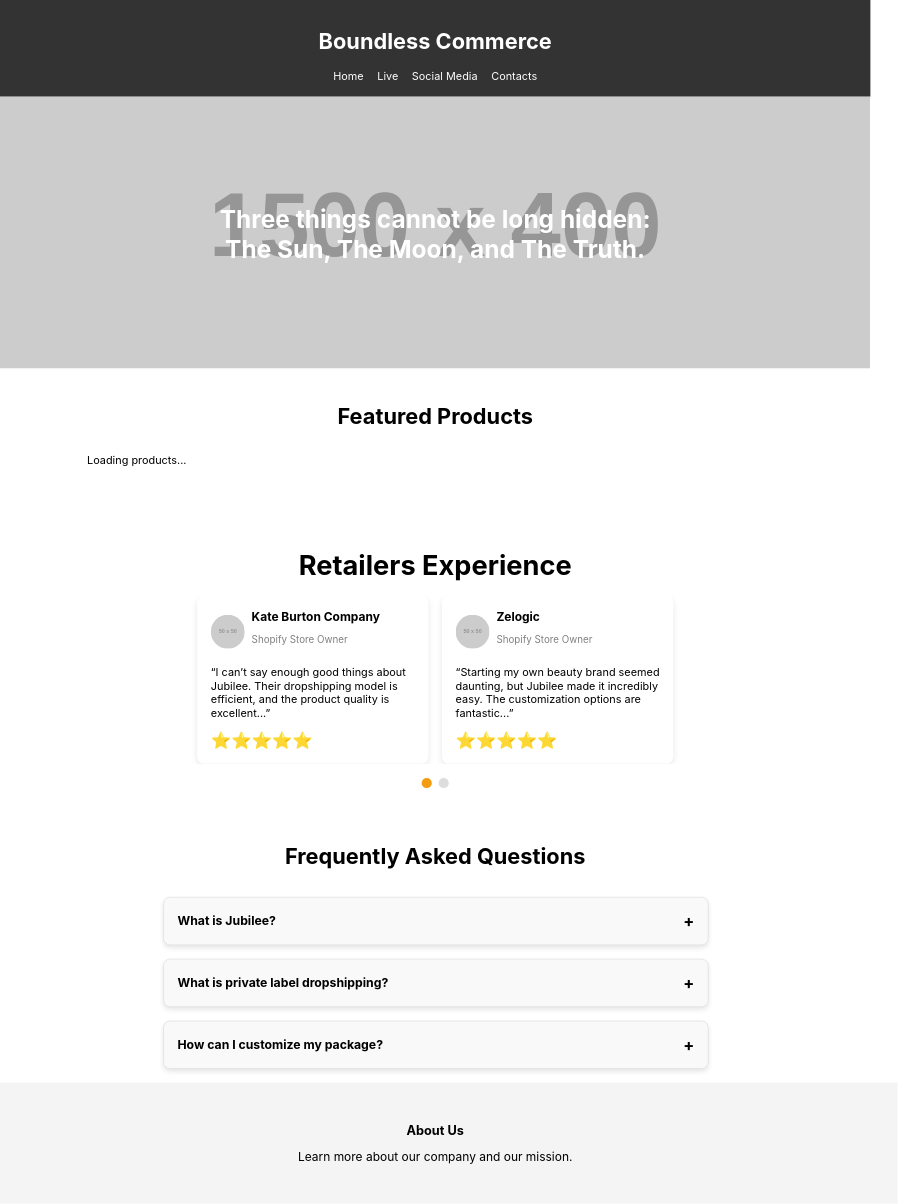
Repository: Nn-Exe/chunar-ecommerce
Page: / (app in ecommerce-frontend/)
The author's editor kept a copy of each file at every save. The page is drawn from the files as they stood at one save, then again after the next save.
The browser window is 1280 px wide. The page is 1320 px wide, so the pictures cover 1320 px, including what lies to the right of the window. The pictures show the whole page, at 68% of full size.
The page's requests for data from a server got no answer. The project was rebuilt for these pictures with package versions that can differ from the ones it lists, and the page was loaded fresh each time. No one was signed in, and anything a server would have sent is missing.

Above is the page before, as saved 2024-09-11 15:27:30.

### ecommerce-frontend/src/App.js
import React, { useState, useEffect } from 'react';
import './App.css';
import { BrowserRouter as Router, Route, Routes } from 'react-router-dom';  // Importing React Router
import Navbar from './components/Navbar';  // Correct way to import default export
import HeroSection from './components/HeroSection';  // Correct way to import default export
import ProductList from './components/ProductList';  // Correct way to import default export
import Faq from './components/Faq';  // Import the Faq component from the components folder
import TestimonialCarousel from './components/TestimonialCarousel';


// Home page component (the default view)
function Home({ products }) {
  return (
    <div className="home-page">
      {/* Hero Section */}
      <div className="hero-container">
        <HeroSection />
      </div>

      {/* Featured Products Section */}
      <section className="products-section">
        <div className="section-header">
          <h2>Featured Products</h2>
        </div>

        <div className="product-grid">
          <ProductList products={products} />
        </div>
      </section>

      <br />

      {/* FAQ Section */}

      <TestimonialCarousel />
      <Faq />  {/* Using the imported Faq component */}

      {/* Add more sections here */}

      <br />

      <section className="about-section">
        <div className="about-content">
          <h3>About Us</h3>
          <p>Learn more about our company and our mission.</p>
        </div>
      </section>
    </div>
  );
}

// Other page components
function Live() {
  return <h2>Live Page</h2>;
}

function Contacts() {
  return <h2>Contacts Page</h2>;
}

function SocialMedia() {
  // External link can be opened using an anchor tag, so no need for a separate page.
  window.location.href = "https://linktr.ee/chunar.co";  // Redirect to external social media page
  return null;
}

function App() {
  const [products, setProducts] = useState([]);

  useEffect(() => {
    fetch('http://localhost:5000/api/products')
      .then((response) => response.json())
      .then((data) => setProducts(data))
      .catch((error) => console.error('Error fetching products:', error));
  }, []);

  return (
    <Router>
      <div className="App">
        <header className="App-header">
          <h1>Boundless Commerce</h1>
          <Navbar />
        </header>

        <Routes>
          {/* Home page route */}
          <Route path="/" element={<Home products={products} />} />

          {/* Other pages */}
          <Route path="/live" element={<Live />} />
          <Route path="/contacts" element={<Contacts />} />

          {/* Redirect to external social media link */}
          <Route path="/social-media" element={<SocialMedia />} />
        </Routes>
      </div>
    </Router>
  );
}

export default App;

### ecommerce-frontend/src/App.css
/* ------------- Main Structure ------------ */

.App-header {
  background-color: #333;
  color: white;
  padding: 20px;
  text-align: center;
}

nav ul {
  list-style-type: none;
  padding: 0;
  margin: 0;
  display: flex;
  justify-content: center;
  gap: 20px;
}

nav ul li a {
  color: white;
  text-decoration: none;
  font-size: 16px;
}

.hero {
  position: relative;
  text-align: center;
}

.hero-banner {
  width: 100%;
  height: 400px;
  object-fit: cover;
}

.hero-text {
  position: absolute;
  top: 50%;
  left: 50%;
  transform: translate(-50%, -50%);
  color: white;
  font-size: 24px;
  font-weight: bold;
}

.products {
  padding: 40px;
  text-align: center;
}

.product-list {
  display: grid;
  grid-template-columns: repeat(5, 1fr);
  gap: 20px;
}

.product-card {
  border: 1px solid #ddd;
  padding: 20px;
  text-align: center;
  transition: transform 0.3s;
}

.product-card img {
  max-width: 100%;
  height: auto;
  margin-bottom: 10px;
}

.product-card:hover {
  transform: scale(1.05);
}


.product-card img {
  width: 200px;
  height: 200px;
  object-fit: cover;   /* Ensures the image covers the given area */
  border-radius: 10px; /* Optional: adds rounded corners */
}



/* ----------- Home Div -------------- */

/* App.css */

.home-page {
  display: flex;
  flex-direction: column;
  align-items: center;
}

/* Hero Section */
.hero-container {
  width: 100%;
  margin-bottom: 20px;
}

/* Products Section */
.products-section {
  width: 80%;
  margin: 0 auto;
}

.section-header h2 {
  text-align: center;
  font-size: 2rem;
  margin-bottom: 20px;
}

/* Product Grid
.product-grid {
  display: grid;
  grid-template-columns: repeat(3, 1fr);
  gap: 20px;
}

.product-card {
  border: 1px solid #ddd;
  padding: 20px;
  text-align: center;
} */

/* About Section */
.about-section {
  background-color: #f4f4f4;
  padding: 40px;
  width: 100%;
  text-align: center;
}

.about-section h3 {
  margin-bottom: 10px;
}

.about-section p {
  font-size: 1.1rem;
}


/* ----------- FAQ Section ---------------- */


/* Center the FAQ section */
.faq-section {
  max-width: 800px; /* Set a larger max-width for the entire FAQ section */
  width: 100%;      /* Ensure it takes up 100% of the available width */
  margin: 0 auto;   /* Center the FAQ section on the page */
  text-align: center;
}

/* Style the header separately */
.faq-section h2 {
  font-size: 32px;
  margin-bottom: 40px;
}

/* Grid layout for the FAQ items (excluding the header) */
.faq-items {
  display: grid;
  grid-template-columns: 1fr; /* One column layout */
  gap: 20px; /* Space between the FAQ items */
}

/* Style each FAQ item */
.faq-item {
  border: 1px solid #ddd;
  border-radius: 10px;
  width: 100%; /* Make the FAQ item take up 100% of the container */
  background-color: #f9f9f9;
  box-shadow: 0 4px 8px rgba(0, 0, 0, 0.1);
  transition: background-color 330ms ease-in-out, box-shadow 330ms ease-in-out;
  overflow: hidden; /* Ensure content is hidden initially */
}

/* Box hover effect */
.faq-item:hover {
  box-shadow: 0 6px 12px rgba(0, 0, 0, 0.1);
  background-color: #f1f1f1;
}

/* Active FAQ item */
.faq-item.active {
  background-color: #ececec;
}

/* Style the FAQ question (clickable area) */
.faq-question {
  padding: 20px;
  cursor: pointer;
  display: flex;
  justify-content: space-between;
  align-items: center;
  font-weight: bold;
  font-size: 18px;
  width: 100%; /* Full width for the question area */
  box-sizing: border-box;
}

/* Style the FAQ answer */
.faq-answer {
  padding: 0 20px;
  overflow: hidden;
  max-height: 0;
  opacity: 0;
  transition: max-height 0.5s ease, opacity 0.5s ease;
  width: 100%; /* Full width for the answer area */
  box-sizing: border-box;
}

/* When the FAQ item is active, show the answer with a smooth transition */
.faq-item.active .faq-answer {
  max-height: 500px;
  opacity: 1;
  padding-bottom: 20px;
}

/* Style the icon for toggling */
.icon {
  font-size: 24px;
  font-weight: bold;
  transition: transform 0.3s ease;
}

.faq-item.active .icon {
  transform: rotate(45deg);
}

/* -----------  TestimonialCarousel ------------- */

/* Style for the testimonial section */
.testimonial-section {
  text-align: center;
  max-width: 800px;
  margin: 0 auto;
  padding: 50px 0;
}

.testimonial-section h2 {
  font-size: 2.5rem;
  margin-bottom: 20px;
}

/* Carousel container */
.carousel {
  display: flex;
  overflow: hidden;
  justify-content: center;
  scroll-behavior: smooth;
  transition: transform 0.4s ease-in-out;
  max-width: 100%; /* Ensure full width */
  margin: 0 auto;
}

/* Testimonial card styling */
.testimonial-card {
  width: 300px;
  background-color: #fff;
  padding: 20px;
  margin: 0 10px;
  border-radius: 10px;
  box-shadow: 0 4px 10px rgba(0, 0, 0, 0.1);
  text-align: left;
}

.profile {
  display: flex;
  align-items: center;
}

.profile img {
  border-radius: 50%;
  margin-right: 10px;
}

.profile-details h4 {
  font-size: 1.1rem;
  margin: 0;
}

.profile-details p {
  font-size: 0.9rem;
  color: gray;
}

.stars {
  font-size: 1.5rem;
  color: #f39c12;
  margin-top: 10px;
}

/* Navigation dots */
.dots {
  margin-top: 20px;
}

.dot {
  height: 15px;
  width: 15px;
  margin: 0 5px;
  background-color: #ddd;
  border-radius: 50%;
  display: inline-block;
  cursor: pointer;
}

.active {
  background-color: #f39c12;
}

### ecommerce-frontend/src/components/Navbar.js
import React from 'react';
import { Link } from 'react-router-dom';

function Navbar() {
  return (
    <nav>
      <ul>
        <li><Link to="/">Home</Link></li>  {/* Links to the home page */}
        <li><Link to="/live">Live</Link></li>  {/* Links to the live page */}
        <li><a href="https://linktr.ee/chunar.co" target="_blank" rel="noopener noreferrer">Social Media</a></li> {/* Opens external link in new tab */}
        <li><Link to="/contacts">Contacts</Link></li>  {/* Links to the contacts page */}
      </ul>
    </nav>
  );
}

export default Navbar;

### ecommerce-frontend/src/components/HeroSection.js
import React from 'react';

function HeroSection() {
  return (
    <section className="hero">
      <img src="https://via.placeholder.com/1500x400" alt="Banner" className="hero-banner" />
      <div className="hero-text">
        <h2>Three things cannot be long hidden: The Sun, The Moon, and The Truth.</h2>
      </div>
    </section>
  );
}

export default HeroSection;  // Ensure you have this line

### ecommerce-frontend/src/components/ProductList.js
import React from 'react';

function ProductList({ products }) {
  return (
    <div className="product-list">
      {products.length === 0 ? (
        <p>Loading products...</p>
      ) : (
        products.map((product) => (
          <div key={product.id} className="product-card">
              <img
                src={product.image}
                alt={product.name}
                className="product-image"
              />
            <h3>{product.name}</h3>
            <p>{product.description}</p>
            <p>${product.price}</p>
          </div>
        ))
      )}
    </div>
  );
}

export default ProductList;

### ecommerce-frontend/src/components/Faq.js
import React, { useState } from 'react';

const Faq = () => {
  const [activeIndex, setActiveIndex] = useState(null);

  const toggleFaq = (index) => {
    setActiveIndex(activeIndex === index ? null : index);
  };

  return (
    <div className="faq-section">
      <h2>Frequently Asked Questions</h2>

      <div className="faq-items"> {/* Grid layout for the items */}
        <div className={`faq-item ${activeIndex === 0 ? 'active' : ''}`}>
          <div className="faq-question" onClick={() => toggleFaq(0)}>
            <span>What is Jubilee?</span>
            <span className="icon">{activeIndex === 0 ? '-' : '+'}</span>
          </div>
          {activeIndex === 0 && (
            <div className="faq-answer">
              <p>Jubilee is a dropshipping marketplace that lets you build your own cosmetic and skincare line with minimal upfront costs...</p>
            </div>
          )}
        </div>

        <div className={`faq-item ${activeIndex === 1 ? 'active' : ''}`}>
          <div className="faq-question" onClick={() => toggleFaq(1)}>
            <span>What is private label dropshipping?</span>
            <span className="icon">{activeIndex === 1 ? '-' : '+'}</span>
          </div>
          {activeIndex === 1 && (
            <div className="faq-answer">
              <p>Private label dropshipping allows you to sell products from suppliers with your own branding...</p>
            </div>
          )}
        </div>

        <div className={`faq-item ${activeIndex === 2 ? 'active' : ''}`}>
          <div className="faq-question" onClick={() => toggleFaq(2)}>
            <span>How can I customize my package?</span>
            <span className="icon">{activeIndex === 2 ? '-' : '+'}</span>
          </div>
          {activeIndex === 2 && (
            <div className="faq-answer">
              <p>Private labeling is a great way to showcase your brand...</p>
            </div>
          )}
        </div>
      </div>
    </div>
  );
};

export default Faq;

### ecommerce-frontend/src/components/TestimonialCarousel.js
import React, { useState } from 'react';

const TestimonialCarousel = () => {
  const [currentSlide, setCurrentSlide] = useState(0);

  const testimonials = [
    {
      name: 'Kate Burton Company',
      title: 'Shopify Store Owner',
      text: '“I can’t say enough good things about Jubilee. Their dropshipping model is efficient, and the product quality is excellent...”',
      stars: 5,
    },
    {
      name: 'Zelogic',
      title: 'Shopify Store Owner',
      text: '“Starting my own beauty brand seemed daunting, but Jubilee made it incredibly easy. The customization options are fantastic...”',
      stars: 5,
    },
    // Add more testimonials here if needed
  ];

  // Function to move the slides
  const moveSlide = (index) => {
    setCurrentSlide(index);
  };

  return (
    <div className="testimonial-section">
      <h2>Retailers Experience</h2>
      <div className="carousel">
        {testimonials.map((testimonial, index) => (
          <div
            key={index}
            className="testimonial-card"
            style={{
              transform: `translateX(-${currentSlide * 320}px)`, // Slide the cards
            }}
          >
            <div className="profile">
              <img
                src="https://via.placeholder.com/50"
                alt="Profile"
              />
              <div className="profile-details">
                <h4>{testimonial.name}</h4>
                <p>{testimonial.title}</p>
              </div>
            </div>
            <p>{testimonial.text}</p>
            <div className="stars">
              {'⭐'.repeat(testimonial.stars)}
            </div>
          </div>
        ))}
      </div>

      {/* Dots for navigation */}
      <div className="dots">
        {testimonials.map((_, index) => (
          <span
            key={index}
            className={`dot ${index === currentSlide ? 'active' : ''}`}
            onClick={() => moveSlide(index)}
          ></span>
        ))}
      </div>
    </div>
  );
};


export default TestimonialCarousel;

Loaded but not shown: ecommerce-frontend/public/index.html (common file); ecommerce-frontend/src/index.js (common file); ecommerce-frontend/src/index.css (common file); ecommerce-frontend/src/reportWebVitals.js (common file)

After the next save:
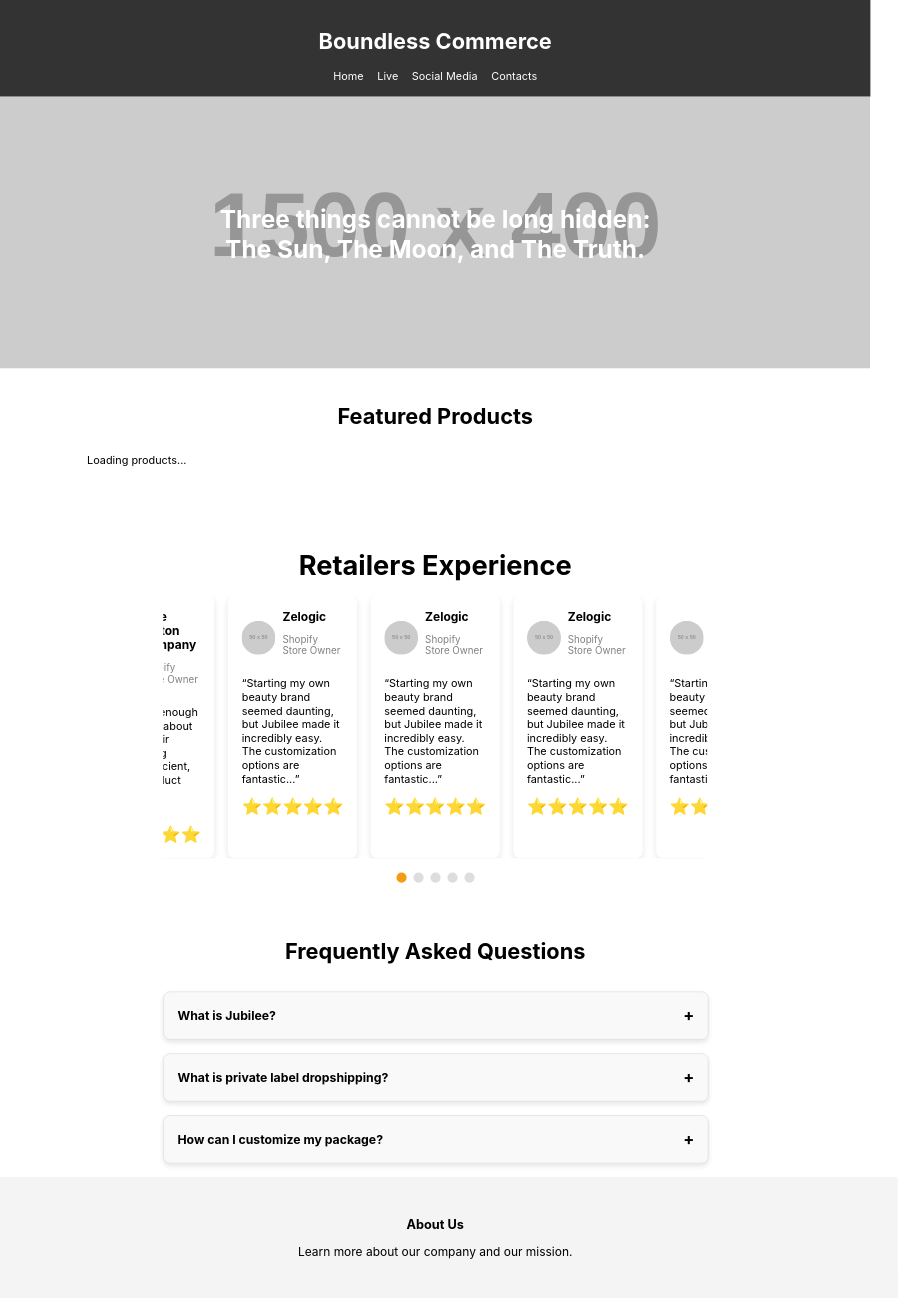
Saved 3 min 52 s later.
--- a/ecommerce-frontend/src/components/TestimonialCarousel.js
+++ b/ecommerce-frontend/src/components/TestimonialCarousel.js
@@ -8,6 +8,24 @@ const TestimonialCarousel = () => {
       name: 'Kate Burton Company',
       title: 'Shopify Store Owner',
       text: '“I can’t say enough good things about Jubilee. Their dropshipping model is efficient, and the product quality is excellent...”',
+      stars: 5,
+    },
+    {
+      name: 'Zelogic',
+      title: 'Shopify Store Owner',
+      text: '“Starting my own beauty brand seemed daunting, but Jubilee made it incredibly easy. The customization options are fantastic...”',
+      stars: 5,
+    },
+    {
+      name: 'Zelogic',
+      title: 'Shopify Store Owner',
+      text: '“Starting my own beauty brand seemed daunting, but Jubilee made it incredibly easy. The customization options are fantastic...”',
+      stars: 5,
+    },
+    {
+      name: 'Zelogic',
+      title: 'Shopify Store Owner',
+      text: '“Starting my own beauty brand seemed daunting, but Jubilee made it incredibly easy. The customization options are fantastic...”',
       stars: 5,
     },
     {
